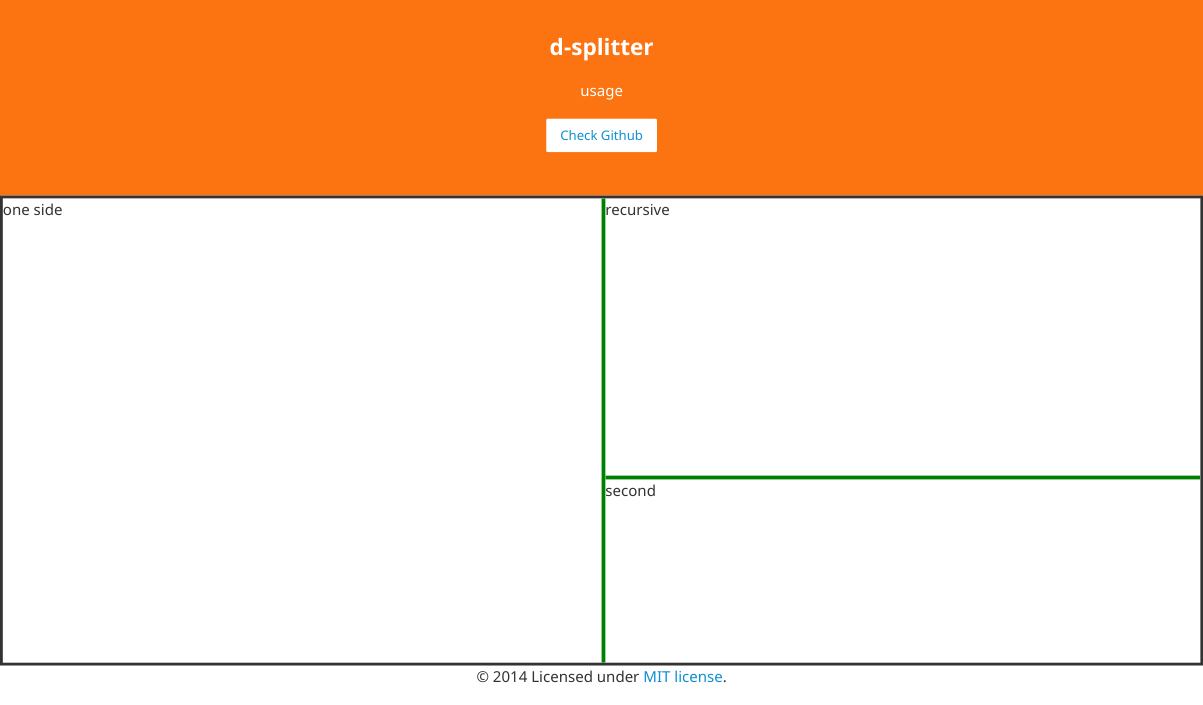
Repository: d-stuff/d-splitter
Page: demo/index.html
The author's editor kept a record of every edit. The page is drawn from the files as they stood at one moment, then again after the next edit.
The browser window is 1280 px wide. The pictures show the whole page, at 94% of full size.

Above is the page before.

After the next edit:
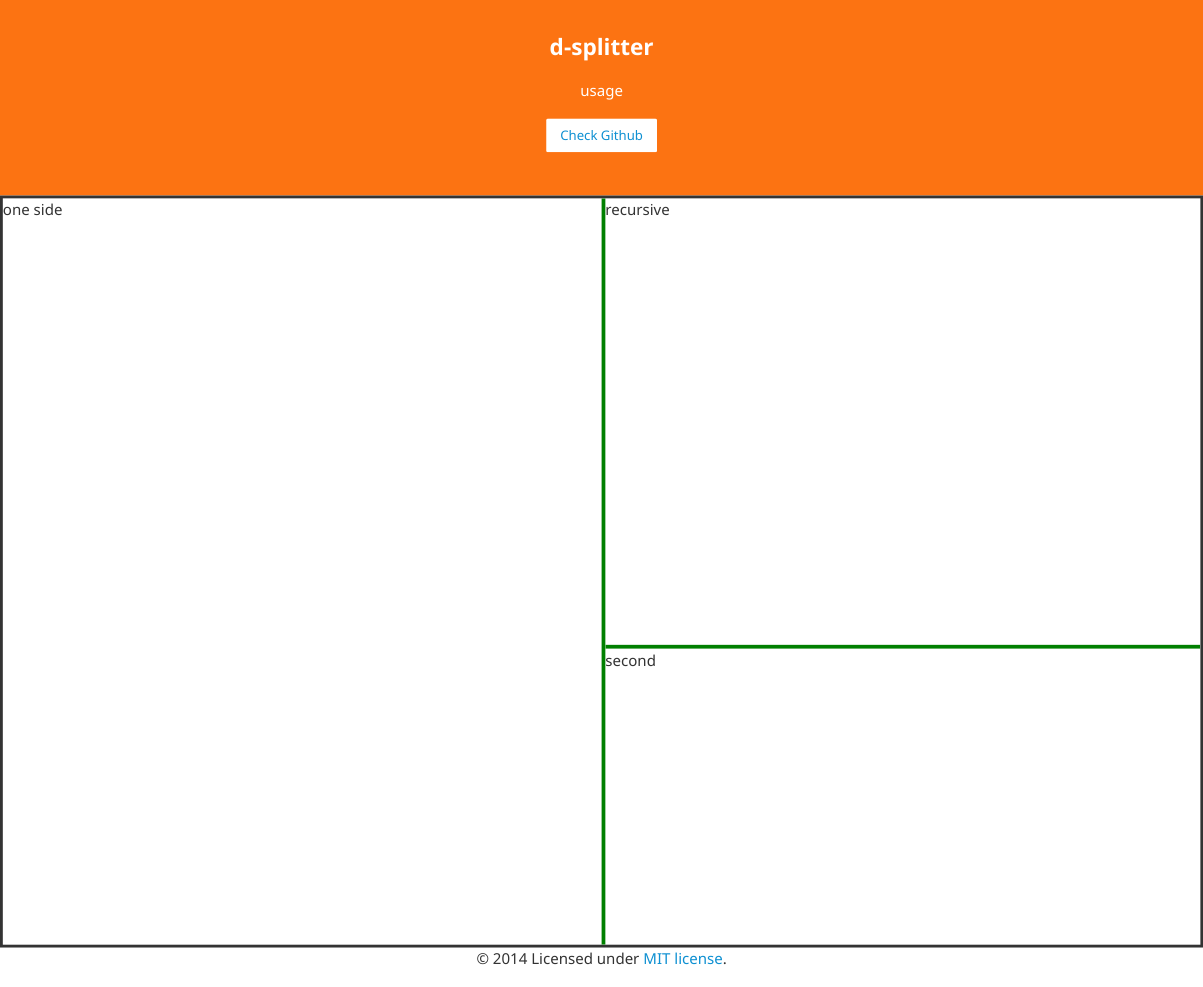
The edit:
--- a/demo/index.html
+++ b/demo/index.html
@@ -22,8 +22,7 @@
                 </div>
             </div>
         </div>
-        <div class="example" style="width: 100%; height: 500px;border: 3px solid;">
-
+        <div class="example" style="width: 100%; height: 800px;border: 3px solid;">
             <d-splitter>
                 <div style="width: 50%" title="vertical text">
                     one side
